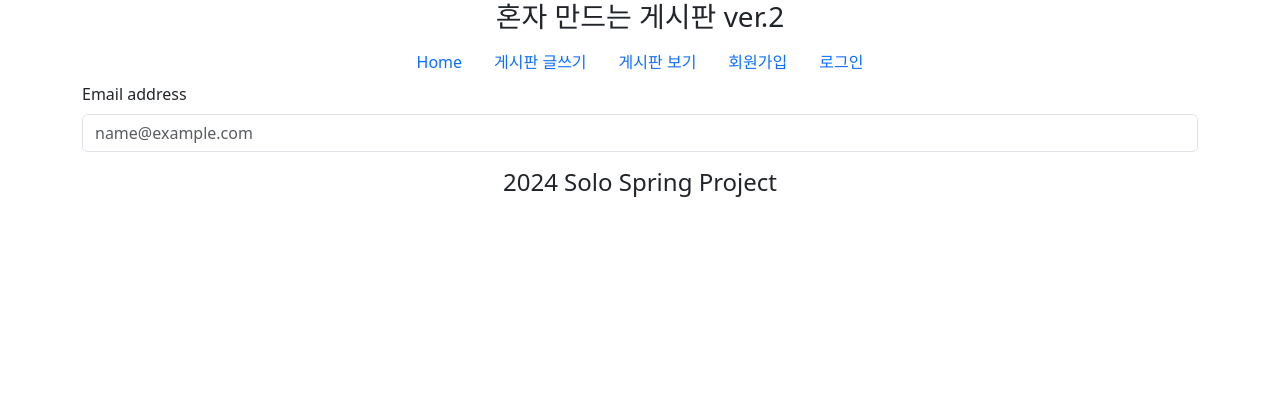
Repository: nefer2/Spring_test
Page: http://localhost/spring_test7/WEB-INF/views/board/register.jsp
These files come from the project's save history. The page is drawn as it stood at one moment and after the next save; the edit follows.
The browser window is 1280 px wide. The pictures show the whole page.
The page is served by Tomcat 9. Nobody is signed in. Other server files are loaded and not shown. The template is opened directly, without the code that normally fills it, so the values that code supplies are empty.

Above is the page before, as saved 2024-01-17 03:58:09.

### spring_test7/src/main/webapp/WEB-INF/views/board/register.jsp
<%@ page language="java" contentType="text/html; charset=UTF-8"
    pageEncoding="UTF-8"%>
<%@ taglib uri="http://java.sun.com/jsp/jstl/core" prefix="c" %>
<%@ taglib uri="http://www.springframework.org/security/tags" prefix ="sec" %>



<jsp:include page="../layout/header.jsp"></jsp:include>
<jsp:include page="../layout/navbar.jsp"></jsp:include>


<div class="container-md">
	<form action="">
		<div class="mb-3">
		  <label for="exampleFormControlInput1" class="form-label">Email address</label>
		  <input type="email" class="form-control" id="exampleFormControlInput1" placeholder="name@example.com">
		</div>
	</form>
</div>








<jsp:include page="../layout/footer.jsp"></jsp:include>

### spring_test7/src/main/webapp/WEB-INF/views/layout/header.jsp
<%@ page language="java" contentType="text/html; charset=UTF-8"
    pageEncoding="UTF-8"%>
<!DOCTYPE html>
<html>
<head>
<h3 style="text-align: center;">혼자 만드는 게시판 ver.2</h3>
</head>

### spring_test7/src/main/webapp/WEB-INF/views/layout/navbar.jsp
<%@ page language="java" contentType="text/html; charset=UTF-8"
    pageEncoding="UTF-8"%>


<script src="https://cdn.jsdelivr.net/npm/bootstrap@5.3.1/dist/js/bootstrap.bundle.min.js" integrity="sha384-HwwvtgBNo3bZJJLYd8oVXjrBZt8cqVSpeBNS5n7C8IVInixGAoxmnlMuBnhbgrkm" crossorigin="anonymous"></script>
<link href="https://cdn.jsdelivr.net/npm/bootstrap@5.3.1/dist/css/bootstrap.min.css" rel="stylesheet" integrity="sha384-4bw+/aepP/YC94hEpVNVgiZdgIC5+VKNBQNGCHeKRQN+PtmoHDEXuppvnDJzQIu9" crossorigin="anonymous">


<ul class="nav justify-content-center">

  <li class="nav-item">
    <a class="nav-link active" aria-current="page" href="/">Home</a>
  </li>
  <li class="nav-item">
    <a class="nav-link" href="#">게시판 글쓰기</a>
  </li>
  <li class="nav-item">
    <a class="nav-link" href="#">게시판 보기</a>
  </li>
    <li class="nav-item">
    <a class="nav-link" href="#">회원가입</a>
  </li>
    <li class="nav-item">
    <a class="nav-link" href="#">로그인</a>
  </li>
</ul>

### spring_test7/src/main/webapp/WEB-INF/views/layout/footer.jsp
<%@ page language="java" contentType="text/html; charset=UTF-8"
    pageEncoding="UTF-8"%>




<div><h4 style="text-align: center;">2024 Solo Spring Project</h4></div>

</body>
</html>

After the next save:
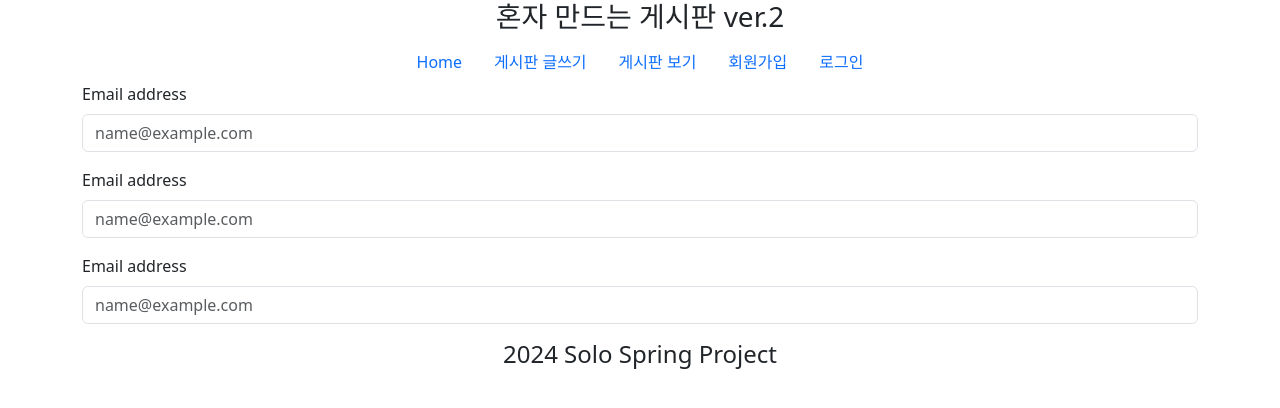
Saved 9 s later.
--- a/spring_test7/src/main/webapp/WEB-INF/views/board/register.jsp
+++ b/spring_test7/src/main/webapp/WEB-INF/views/board/register.jsp
@@ -15,6 +15,14 @@
 		  <label for="exampleFormControlInput1" class="form-label">Email address</label>
 		  <input type="email" class="form-control" id="exampleFormControlInput1" placeholder="name@example.com">
 		</div>
+		<div class="mb-3">
+		  <label for="exampleFormControlInput1" class="form-label">Email address</label>
+		  <input type="email" class="form-control" id="exampleFormControlInput1" placeholder="name@example.com">
+		</div>
+		<div class="mb-3">
+		  <label for="exampleFormControlInput1" class="form-label">Email address</label>
+		  <input type="email" class="form-control" id="exampleFormControlInput1" placeholder="name@example.com">
+		</div>
 	</form>
 </div>
 
